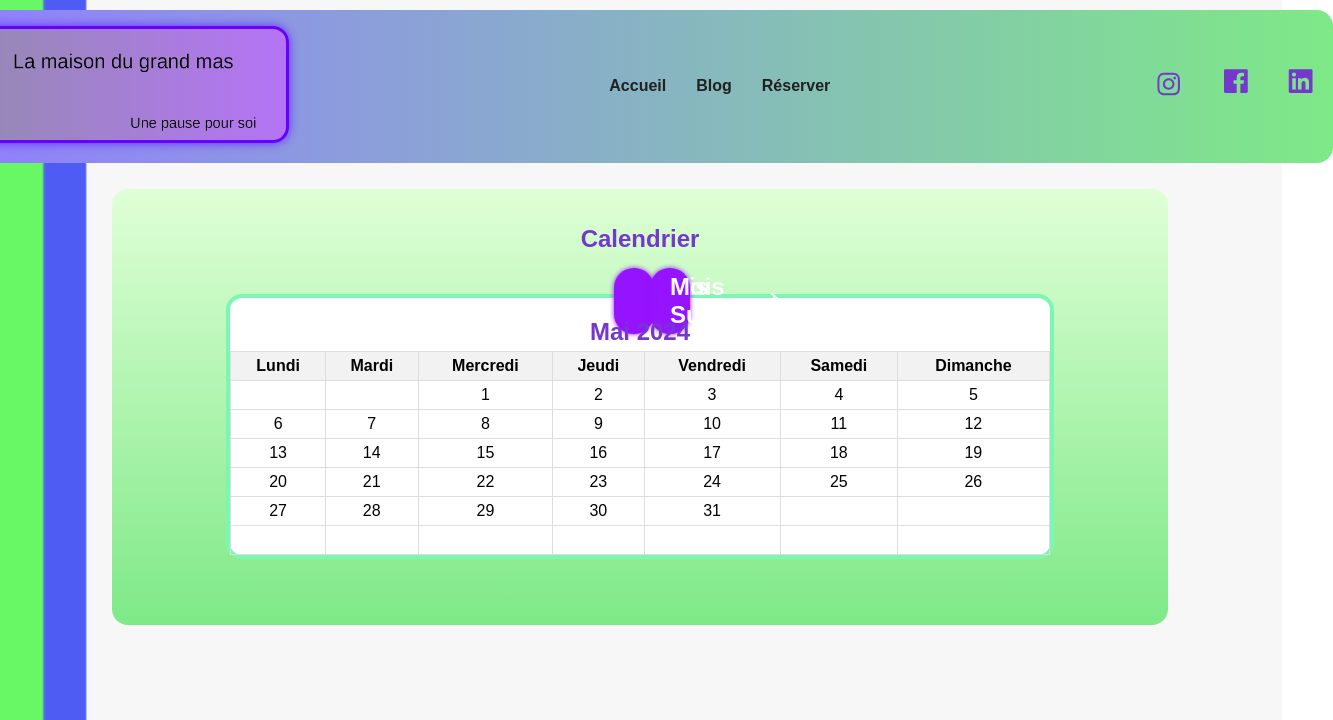
Repository: Crosnierpaul/Les_Rangers_de_Pouvoir
Page: http://localhost/entretien
The author's editor kept a copy of each file at every save. The page is drawn from the files as they stood at one save, then again after a run of saves.
The browser window is 1280 px wide. The page is 1333 px wide, so the pictures cover 1333 px, including what lies to the right of the window. The pictures show the whole page.
The page is served by the project's Node server (site/server.js). Other server files are loaded and not shown.

Above is the page before, as saved 2024-05-07 10:38:32.

### site/public/views/entretien.ejs
<!DOCTYPE html>
<html lang="fr">
<head>
    <meta charset="UTF-8">
    <meta name="viewport" content="width=device-width, initial-scale=1.0">
    <link rel="stylesheet" href="css/entretien.css">
    <link rel="stylesheet" href="css/style.css">
    <title>Calendrier</title>
</head>
<body>
    <%- include('navbar') %>

    <section>
        <h1>Calendrier</h1>

        <div class="btn-section">

              <div class="btn-container" onclick="prevMonth()">
                <a class="btn-content" href="#">
                    <span class="icon-arrowleft"></span>

                        <svg width="33px" height="21px" viewBox="0 0 66 43" version="1.1" xmlns="http://www.w3.org/2000/svg" xmlns:xlink="http://www.w3.org/1999/xlink">
                            <g id="arrow" stroke="none" stroke-width="1" fill="none" fill-rule="evenodd">
                                <path id="arrow-icon-one" d="M25.8456067,3.89485454 L22.0236851,0.139296592 C21.8291689,-0.0518420739 21.5173671,-0.0518571125 21.3228325,0.139262789 L0.308386581,20.7848311 C-0.0855800613,21.1718824 -0.0911862566,21.8050225 0.295865025,22.1989893 C0.299981196,22.2031791 0.304134271,22.2073326 0.308323769,22.2114492 L21.322902,42.8607841 C21.5174043,43.0519059 21.8291758,43.0519358 22.0237147,42.8608513 L25.8454814,39.1069479 C26.0424848,38.9134427 26.0453207,38.5968729 25.8518155,38.3998695 C25.8497107,38.3977268 25.8475868,38.395603 25.8454438,38.3934985 L9.0062211,21.8567812 C8.80919724,21.6632968 8.80632797,21.3467273 8.99981237,21.1497035 C9.00193532,21.1475418 9.00407769,21.1453995 9.00623949,21.1432767 L25.8454792,4.60825197 C26.0425131,4.41477773 26.0453987,4.09820839 25.8519244,3.90117456 C25.8498374,3.89904911 25.8477314,3.89694235 25.8456067,3.89485454 Z" fill="#FFFFFF"></path>
                                <path id="arrow-icon-two" d="M45.8456067,3.89485454 L42.0236851,0.139296592 C41.8291689,-0.0518420739 41.5173671,-0.0518571125 41.3228325,0.139262789 L20.3083866,20.7848311 C19.9144199,21.1718824 19.9088137,21.8050225 20.295865,22.1989893 C20.2999812,22.2031791 20.3041343,22.2073326 20.3083238,22.2114492 L41.322902,42.8607841 C41.5174043,43.0519059 41.8291758,43.0519358 42.0237147,42.8608513 L45.8454814,39.1069479 C46.0424848,38.9134427 46.0453207,38.5968729 45.8518155,38.3998695 C45.8497107,38.3977268 45.8475868,38.395603 45.8454438,38.3934985 L29.0062211,21.8567812 C28.8091972,21.6632968 28.806328,21.3467273 28.9998124,21.1497035 C29.0019353,21.1475418 29.0040777,21.1453995 29.0062395,21.1432767 L45.8454792,4.60825197 C46.0425131,4.41477773 46.0453987,4.09820839 45.8519244,3.90117456 C45.8498374,3.89904911 45.8477314,3.89694235 45.8456067,3.89485454 Z" fill="#FFFFFF"></path>
                                <path id="arrow-icon-three" d="M65.8456067,3.89485454 L62.0236851,0.139296592 C61.8291689,-0.0518420739 61.5173671,-0.0518571125 61.3228325,0.139262789 L40.3083866,20.7848311 C39.9144199,21.1718824 39.9088137,21.8050225 40.295865,22.1989893 C40.2999812,22.2031791 40.3041343,22.2073326 40.3083238,22.2114492 L61.322902,42.8607841 C61.5174043,43.0519059 61.8291758,43.0519358 62.0237147,42.8608513 L65.8454814,39.1069479 C66.0424848,38.9134427 66.0453207,38.5968729 65.8518155,38.3998695 C65.8497107,38.3977268 65.8475868,38.395603 65.8454438,38.3934985 L49.0062211,21.8567812 C48.8091972,21.6632968 48.806328,21.3467273 48.9998124,21.1497035 C49.0019353,21.1475418 49.0040777,21.1453995 49.0062395,21.1432767 L65.8454792,4.60825197 C66.0425131,4.41477773 66.0453987,4.09820839 65.8519244,3.90117456 C65.8498374,3.89904911 65.8477314,3.89694235 65.8456067,3.89485454 Z" fill="#FFFFFF"></path>
                            </g>
                        </svg>
                    </span>
                    <span class="btn-titleleft">Mois Précédent</span>
                </a>
            </div>
             <div class="btn-container" onclick="nextMonth()"">
                <a class="btn-content" href="#">
                  <span class="btn-title">Mois Suivant</span>
                  <span class="icon-arrow">
                    <svg width="33px" height="21px" viewBox="0 0 66 43" version="1.1" xmlns="http://www.w3.org/2000/svg" xmlns:xlink="http://www.w3.org/1999/xlink">
                      <g id="arrow" stroke="none" stroke-width="1" fill="none" fill-rule="evenodd">
                        <path id="arrow-icon-one" d="M40.1543933,3.89485454 L43.9763149,0.139296592 C44.1708311,-0.0518420739 44.4826329,-0.0518571125 44.6771675,0.139262789 L65.6916134,20.7848311 C66.0855801,21.1718824 66.0911863,21.8050225 65.704135,22.1989893 C65.7000188,22.2031791 65.6958657,22.2073326 65.6916762,22.2114492 L44.677098,42.8607841 C44.4825957,43.0519059 44.1708242,43.0519358 43.9762853,42.8608513 L40.1545186,39.1069479 C39.9575152,38.9134427 39.9546793,38.5968729 40.1481845,38.3998695 C40.1502893,38.3977268 40.1524132,38.395603 40.1545562,38.3934985 L56.9937789,21.8567812 C57.1908028,21.6632968 57.193672,21.3467273 57.0001876,21.1497035 C56.9980647,21.1475418 56.9959223,21.1453995 56.9937605,21.1432767 L40.1545208,4.60825197 C39.9574869,4.41477773 39.9546013,4.09820839 40.1480756,3.90117456 C40.1501626,3.89904911 40.1522686,3.89694235 40.1543933,3.89485454 Z" fill="#FFFFFF"></path>
                        <path id="arrow-icon-two" d="M20.1543933,3.89485454 L23.9763149,0.139296592 C24.1708311,-0.0518420739 24.4826329,-0.0518571125 24.6771675,0.139262789 L45.6916134,20.7848311 C46.0855801,21.1718824 46.0911863,21.8050225 45.704135,22.1989893 C45.7000188,22.2031791 45.6958657,22.2073326 45.6916762,22.2114492 L24.677098,42.8607841 C24.4825957,43.0519059 24.1708242,43.0519358 23.9762853,42.8608513 L20.1545186,39.1069479 C19.9575152,38.9134427 19.9546793,38.5968729 20.1481845,38.3998695 C20.1502893,38.3977268 20.1524132,38.395603 20.1545562,38.3934985 L36.9937789,21.8567812 C37.1908028,21.6632968 37.193672,21.3467273 37.0001876,21.1497035 C36.9980647,21.1475418 36.9959223,21.1453995 36.9937605,21.1432767 L20.1545208,4.60825197 C19.9574869,4.41477773 19.9546013,4.09820839 20.1480756,3.90117456 C20.1501626,3.89904911 20.1522686,3.89694235 20.1543933,3.89485454 Z" fill="#FFFFFF"></path>
                        <path id="arrow-icon-three" d="M0.154393339,3.89485454 L3.97631488,0.139296592 C4.17083111,-0.0518420739 4.48263286,-0.0518571125 4.67716753,0.139262789 L25.6916134,20.7848311 C26.0855801,21.1718824 26.0911863,21.8050225 25.704135,22.1989893 C25.7000188,22.2031791 25.6958657,22.2073326 25.6916762,22.2114492 L4.67709797,42.8607841 C4.48259567,43.0519059 4.17082418,43.0519358 3.97628526,42.8608513 L0.154518591,39.1069479 C-0.0424848215,38.9134427 -0.0453206733,38.5968729 0.148184538,38.3998695 C0.150289256,38.3977268 0.152413239,38.395603 0.154556228,38.3934985 L16.9937789,21.8567812 C17.1908028,21.6632968 17.193672,21.3467273 17.0001876,21.1497035 C16.9980647,21.1475418 16.9959223,21.1453995 16.9937605,21.1432767 L0.15452076,4.60825197 C-0.0425130651,4.41477773 -0.0453986756,4.09820839 0.148075568,3.90117456 C0.150162624,3.89904911 0.152268631,3.89694235 0.154393339,3.89485454 Z" fill="#FFFFFF"></path>
                      </g>
                    </svg>
                  </span>
                </a>
              </div>
        </div>
        <div id="calendarContainer"></div>
        <div id="selectedContent"></div>
    </section>

    <script src="js/entretien.js"></script>
</body>
</html>

### site/public/css/entretien.css
.calendar {
    margin-bottom: 50px;
    width: 80%; /* Réduire la largeur du calendrier */
    margin-left: auto; /* Centrer le calendrier */
    margin-right: auto; /* Centrer le calendrier */
    background-color:#ffffff;
    border-radius: 1em;
    border: 4px solid #7bf7b3;
}

table {
    border-collapse: collapse;
    width: 100%;
}

th, td {
    border: 1px solid #dddddd;
    text-align: center;
    padding: 5px; /* Réduire l'espacement intérieur */
}

th {
    background-color: #f2f2f2;
}



td:hover {
    background-color: #f0f0f0; /* Couleur de fond lors du survol */
    cursor: pointer; /* Changement de curseur pour indiquer qu'il est cliquable */
}

td.selected {
    background-color: #c99aff; /* Couleur de fond grise pour les cellules sélectionnées */
    cursor: default; /* Désactiver le changement de curseur */
}

p {
    text-align: center;
}

section {
    margin: 1em auto; /* Centrer la section */
    max-width: 80%; /* Réduire la largeur maximale */
    --background: linear-gradient(to bottom, #dfffd6 0%, #7ee987 100%);
    background: var(--background);
    border-radius: 1em;
    padding: 1em;
}

.btn-section {
    display: flex;
    justify-content: center;
}
.btn-container {

}

.btn-content {
    display: flex;
    align-items: center;
    padding: 0.5em 1em; /* Utilisation de rem ou em pour la taille du padding */
    text-decoration: none;
    font-family: 'Poppins', sans-serif;
    font-weight: 600;
    font-size: 1em; /* Taille du texte du bouton en fonction de la police de caractères du parent */
    color: var(--color-text);
    background: var(--color-background);
    transition: 1s;
    border-radius: 100px;
    box-shadow: 0 0 0.2em 0 var(--color-background);
}
.btn-container {
    margin-left: 10px;
    margin-right: 10px;
    margin-top: 10px;
    margin-bottom: 10px;
    max-width: 1rem;
    max-height: 1rem;
    --color-text: #ffffff;
    --color-background: #9513ff;
    --color-outline: #9514ff80;
    --color-shadow: #00000080;
  }

  .btn-content {
    display: flex;
    align-items: center;

    padding: 5px 20px;
    text-decoration: none;
    font-family: 'Poppins', sans-serif;
    font-weight: 600;
    font-size: 24px;
    color: var(--color-text);
    background: var(--color-background);
    transition: 1s;
    border-radius: 100px;
    box-shadow: 0 0 0.2em 0 var(--color-background);
  }

  .btn-content:hover, .btn-content:focus {
    transition: 0.5s;
    -webkit-animation: btn-content 1s;
    animation: btn-content 1s;
    outline: 0.1em solid transparent;
    outline-offset: 0.2em;
    box-shadow: 0 0 0.4em 0 var(--color-background);
  }

  .btn-content .icon-arrow {
    transition: 0.5s;
    margin-right: 0px;
    transform: scale(0.6);
  }

  .btn-content:hover .icon-arrow {
    transition: 0.5s;
    margin-right: 25px;
  }

  .icon-arrow {
    width: 20px;
    margin-left: 10px;
    position: relative;
    top: 6%;
  }

  /* SVG */
  #arrow-icon-one {
    transition: 0.4s;
    transform: translateX(-60%);
  }

  #arrow-icon-two {
    transition: 0.5s;
    transform: translateX(-30%);
  }

  .btn-content:hover #arrow-icon-three {
    animation: color_anim 1s infinite 0.2s;
  }

  .btn-content:hover #arrow-icon-one {
    transform: translateX(0%);
    animation: color_anim 1s infinite 0.6s;
  }

  .btn-content:hover #arrow-icon-two {
    transform: translateX(0%);
    animation: color_anim 1s infinite 0.4s;
  }
  /* left version */

  .btn-contentleft:hover, .btn-contentleft:focus {
    transition: 0.5s;
    -webkit-animation: btn-content 1s;
    animation: btn-content 1s;
    outline: 0.1em solid transparent;
    outline-offset: 0.2em;
    box-shadow: 0 0 0.4em 0 var(--color-background);
  }

  .btn-contentleft .icon-arrowleft {
    transition: 0.5s;
    margin-left: 0px; /* Changer margin-left */
    transform: scale(0.6);
  }

  .btn-contentleft:hover .icon-arrowleft {
    transition: 0.5s;
    margin-left: 25px; /* Changer margin-left */
  }

  .icon-arrowleft {
    width: 20px; /* Ajuster la largeur */
    height: 20px; /* Ajuster la hauteur */
    margin-right: 10px;
    position: relative;
    top: 6%;
  }

  .btn-contentleft:hover #arrow-icon-three {
    animation: color_anim 1s infinite 0.2s;
  }

  .btn-contentleft:hover #arrow-icon-one {
    transform: translateX(0%);
    animation: color_anim 1s infinite 0.6s;
  }

  .btn-contentleft:hover #arrow-icon-two {
    transform: translateX(0%);
    animation: color_anim 1s infinite 0.4s;
  }

  .btn-titleleft{
    margin-left: 10px;
  }

  /* SVG animations */
  @keyframes color_anim {
    0% {
      fill: white;
    }

    50% {
      fill: var(--color-background);
    }

    100% {
      fill: white;
    }
  }

  /* Button animations */
  @-webkit-keyframes btn-content {
    0% {
      outline: 0.2em solid var(--color-background);
      outline-offset: 0;
    }
  }

  @keyframes btn-content {
    0% {
      outline: 0.2em solid var(--color-background);
      outline-offset: 0;
    }
  }

### site/public/css/navbar.css
.start-header {
	opacity: 1;
	transform: translateY(0);
	padding: 20px 0;
	box-shadow: 0 10px 30px 0 rgba(138, 155, 165, 0.15);
	-webkit-transition : all 0.3s ease-out;
	transition : all 0.3s ease-out;
}

.start-header.scroll-on {
	box-shadow: 0 5px 10px 0 rgba(138, 155, 165, 0.15);
	padding: 10px 0;
	-webkit-transition : all 0.3s ease-out;
	transition : all 0.3s ease-out;
}

.start-header.scroll-on .navbar-brand img{
	height: 24px;
	-webkit-transition : all 0.3s ease-out;
	transition : all 0.3s ease-out;
}

.navigation-wrap{
	position: fixed;
	width: 100%;
	top: 0;
	left: 0;
	z-index: 1000;
	-webkit-transition : all 0.3s ease-out;
	transition : all 0.3s ease-out;
}

.navbar {
    padding: 10px 0;
    display: flex;
    justify-content: center;
	margin-left: 1em;
  	margin-right: 1em;
}

.navbar-toggler {
	float: right;
	border: none;
	padding-right: 0;
	padding-left: 0;
}

.navbar-toggler:active,
.navbar-toggler:focus {
	outline: none;
}

.navbar-light .navbar-toggler-icon {
	width: 24px;
	height: 17px;
	background-image: none;
	position: relative;
	border-bottom: 1px solid #000;
    transition: all 300ms linear;
}

.navbar-light .navbar-toggler-icon:after,
.navbar-light .navbar-toggler-icon:before{
	width: 24px;
	position: absolute;
	height: 1px;
	background-color: #000;
	top: 0;
	left: 0;
	content: '';
	z-index: 2;
    transition: all 300ms linear;
}

.navbar-light .navbar-toggler-icon:after{
	top: 8px;
}

.navbar-toggler[aria-expanded="true"] .navbar-toggler-icon:after {
	transform: rotate(45deg);
}

.navbar-toggler[aria-expanded="true"] .navbar-toggler-icon:before {
	transform: translateY(8px) rotate(-45deg);
}

.navbar-toggler[aria-expanded="true"] .navbar-toggler-icon {
	border-color: transparent;
}

.nav-link{
	color: #212121 !important;
	font-weight: 500;
    transition: all 200ms linear;
}

.nav-item.active .nav-link{
	color: #7439cc  !important;
}

/* LIGNE SOUS LIEN APRES SOURIS DESSUS */

.nav-link {
	position: relative;
	padding: 5px 0 !important;
	display: inline-block;
}

.nav-item:after {
	position: absolute;
	bottom: -5px;
	left: 0;
	width: 100%;
	height: 2px;
	content: '';
	background-color: #7439cc ;
	opacity: 0;
    transition: all 200ms linear;
}

/* FIN LIGNE SOUS LIEN */

.nav-item:hover:after{
	bottom: 0;
	opacity: 1;
}

.nav-item.active:hover:after{
	opacity: 0;
}

.nav-item {
    position: relative;
    transition: all 200ms linear;
    padding: 1em;
    text-align: center;
}

/* .nav-item.active .nav-link {
    color: #007bff; /* Changez cette couleur pour mettre en évidence l'élément actif
} */

.navbar-brand {
    margin-right: auto;
    margin-left: auto;
}

/* Ajoutez ces styles pour supprimer les puces des éléments li */
.navbar-nav {
    display: flex;
    justify-content: center;
    align-items: center;
    padding-left: 0; /* Supprime le décalage à gauche de la liste */
}

.navbar-nav .nav-item {
    padding: 0 15px;
    list-style: none; /* Supprime les puces */
}

.navbar-nav .nav-link {
    color: #212121 !important;
    font-weight: 500;
    transition: all 200ms linear;
}

.navbar-nav .nav-item:hover .nav-link {
    color: #7439cc !important;
}

/* Modifiez les styles des liens de navigation pour ressembler à du texte normal */
.nav-link {
    color: #212121 !important;
    font-weight: 500;
    transition: all 200ms linear;
    text-decoration: none; /* Supprime le soulignement par défaut des liens */
    cursor: pointer; /* Change le curseur en pointeur au survol */
}

.container {
	--background: linear-gradient(to right, #917dff 0%, #7ee987 100%);
    margin: 0px;
	min-height: 15vh;
	max-width: max-content;
	background: var(--background);
	border-radius: 1em;
}

.purple {
	color: #7439cc;
}

#logo {
	width: 20em;
	border: 3.5px solid #6600ff;
	border-radius: 1em;
	margin-left:  1em;
	margin-right: 19.1em;
	--background: linear-gradient(to right, #948ab1 0%, #b574f6 100%);
	background: var(--background);
	box-shadow: 0 0 10px 0 rgb(106, 43, 255);
}

#liLogo {
    list-style: none;
}

.nav-item.active:after {
	position: absolute;
	bottom: 0;
	left: 0;
	width: 100%;
	height: 2px;
	content: '';
	background-color: #7439cc ;
	opacity: 1;
}

.rs {
	margin-left: 18em;
	display: inherit;
}

.rs .nav-item {
	margin-left: 5px;
	margin-right: 5px;
}

/* Styles pour les écrans plus petits que 768px */
@media (max-width: 1000px) {
    .navbar {
        flex-direction: column; /* Afficher les éléments de la navbar en colonne */
        align-items: center; /* Centrer les éléments */
    }

    .navbar-nav {
        flex-direction: column; /* Afficher les éléments de la navbar en colonne */
        align-items: center; /* Centrer les éléments */
    }

    .navbar-toggler {
        order: -1; /* Mettre le bouton de bascule en haut */
        margin-bottom: 10px; /* Ajouter un espace entre le bouton de bascule et les liens */
    }

    .rs {
        margin-left: 0; /* Réinitialiser la marge pour les icônes de réseaux sociaux */
        text-align: center; /* Centrer les icônes de réseaux sociaux */
    }
}

/*Styles pour les écrans plus petits que 576px */
@media (max-width: 576px) {
    .navbar-brand {
        margin: 0; /* Réinitialiser la marge pour le logo */
    }

    #logo {
        width: 98.3%; /* Faire en sorte que le logo occupe toute la largeur */
        margin: 0; /* Réinitialiser la marge */
    }

    .rs {
        display: flex; /* Afficher les icônes de réseaux sociaux en ligne */
        justify-content: center; /* Centrer les icônes de réseaux sociaux */
    }

    .rs .nav-item {
        margin: 0 5px; /* Ajouter un espacement horizontal entre les icônes de réseaux sociaux */
    }
}

.tel {
	margin-top: 5px;
}

Loaded but not shown: site/public/js/entretien.js (191 lines, source omitted); site/server.js (72 lines, source omitted); site/public/views/navbar.ejs (81 lines, source omitted); site/public/css/style.css (342 lines, source omitted)

After the next 2 saves:
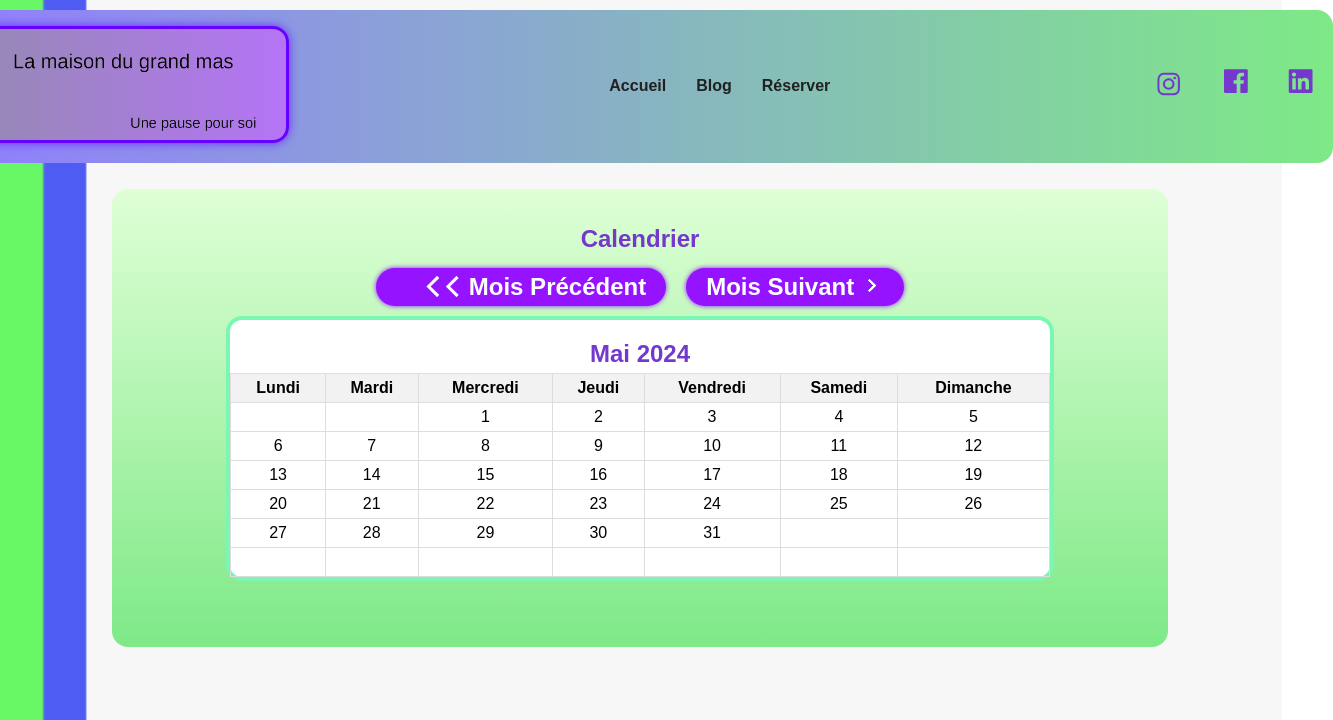
The 2 saves are shown as one change because they came seconds apart.
The last was saved 7 s later.
--- a/site/public/css/entretien.css
+++ b/site/public/css/entretien.css
@@ -71,12 +71,11 @@ section {
     box-shadow: 0 0 0.2em 0 var(--color-background);
 }
 .btn-container {
+    font-size: 1.5rem; /* Taille de la police de caractères du parent */
     margin-left: 10px;
     margin-right: 10px;
     margin-top: 10px;
     margin-bottom: 10px;
-    max-width: 1rem;
-    max-height: 1rem;
     --color-text: #ffffff;
     --color-background: #9513ff;
     --color-outline: #9514ff80;
